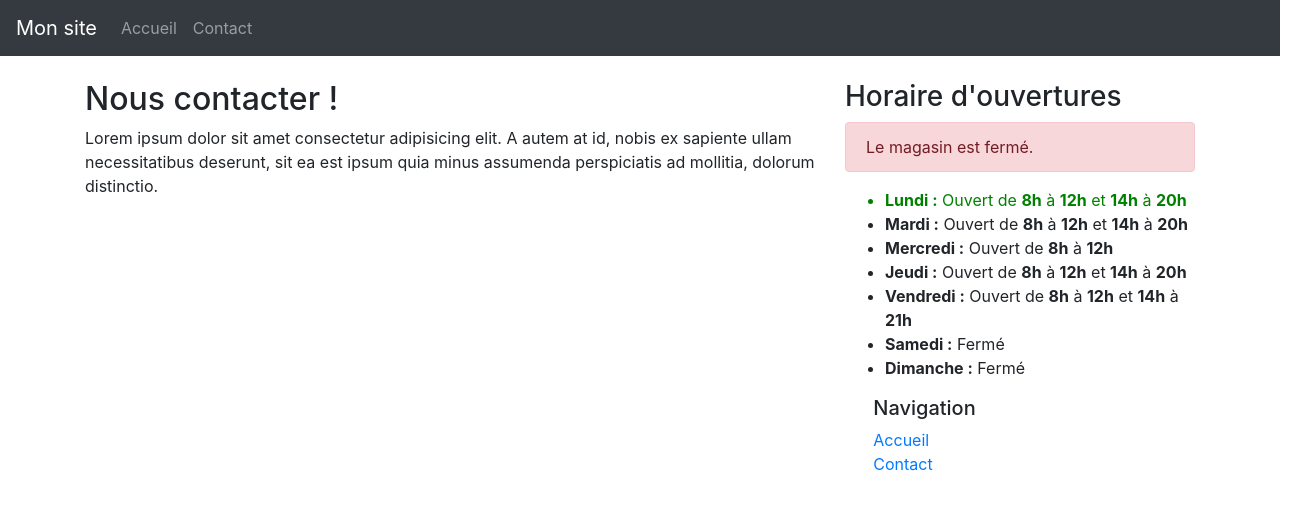
Repository: Alex-Serky/Backend_PHP
Page: http://localhost/contact.php
An editor plug-in stored every save of this project. The page is shown before and after the next save, followed by the edit.
The browser window is 1280 px wide. The page is 1295 px wide, so the pictures cover 1295 px, including what lies to the right of the window. The pictures show the whole page.
Some web libraries are served in a nearby version. The page is run by PHP 8.4 with error messages shown; the project is at /var/www/html/.

Above is the page before, as saved 2020-07-20 22:42:43.

After the next save:
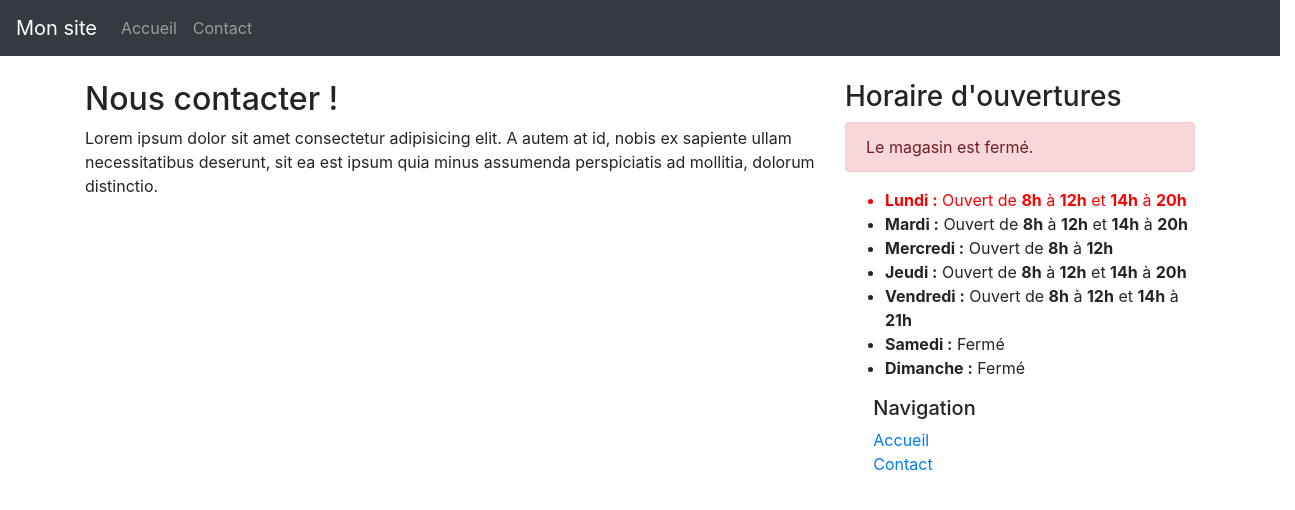
Saved 6 min 25 s later.
--- a/contact.php
+++ b/contact.php
@@ -7,6 +7,10 @@ date_default_timezone_set('Europe/Paris');
 $heure = (int)date('G'); // Récupérer l'heure d'aujourd'hui
 $creneaux = CRENEAUX[date('N') - 1]; // Récupérer les créneaux d'aujourd'hui $creneaux
 $ouvert = in_creneaux($heure, $creneaux); // Récupérer l'état d'ouverture du magasin
+$color = 'green';
+if (!$ouvert) {
+    $color = 'red';
+}
 require 'header.php';
 
 ?>
@@ -33,7 +37,7 @@ require 'header.php';
         <?php endif ?>
         <ul>
             <?php foreach(JOURS as $k => $jour): ?>
-                <li <?php if($k + 1 === (int)date('N')): ?> style="color:green"<?php endif ?>>
+                <li <?php if($k + 1 === (int)date('N')): ?> style="color:<?= $color ?>"<?php endif ?>>
                     <strong><?= $jour ?> :</strong>
                     <?= creneaux_html(CRENEAUX[$k]); ?>
                 </li>
